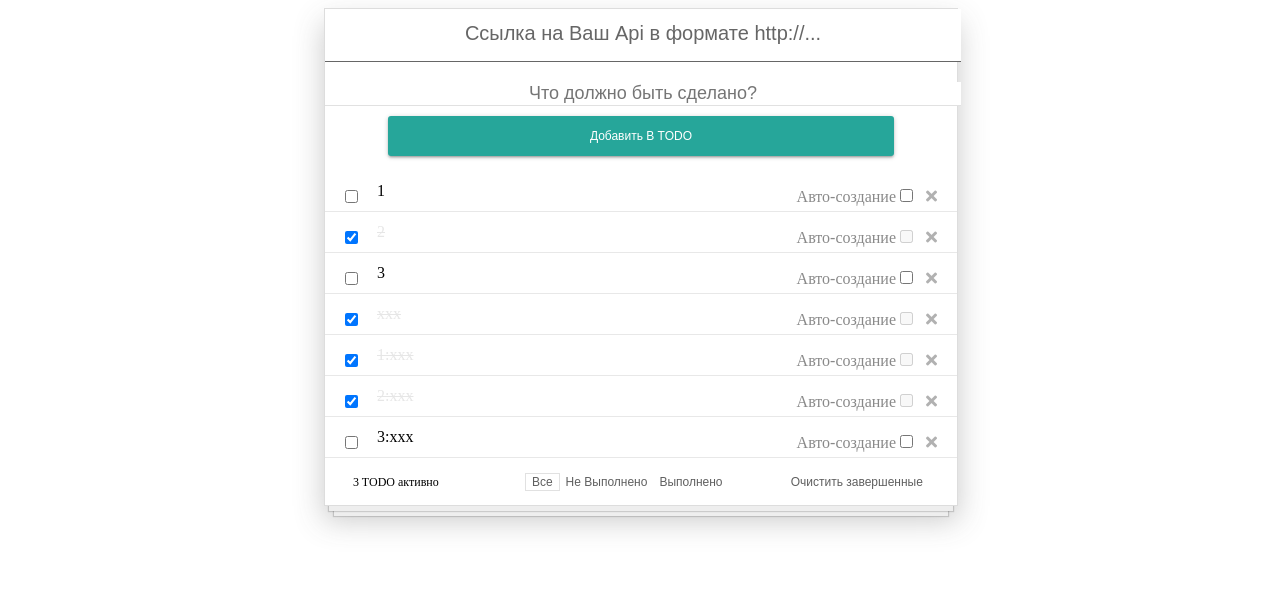
Repository: AntonBrock/taskTodo_for-backend
Page: /
These files come from the project's save history. The page is drawn as it stood at one moment and after the next save; the edit follows.
The browser window is 1280 px wide. The pictures show the whole page.
The page's requests for data from a server got no answer. Some web libraries are served in a nearby version. The project was rebuilt for these pictures with package versions that can differ from the ones it lists, and the page was loaded fresh each time. No one was signed in, and anything a server would have sent is missing.

Above is the page before, as saved 2019-04-24 16:52:16.

### public/index.html
<!DOCTYPE html>
<html lang="en">
  <head>
    <meta charset="utf-8">
    <meta http-equiv="X-UA-Compatible" content="IE=edge">
    <meta name="viewport" content="width=device-width,initial-scale=1.0">
    <link rel="stylesheet" href="https://use.fontawesome.com/releases/v5.8.1/css/all.css" integrity="sha384-50oBUHEmvpQ+1lW4y57PTFmhCaXp0ML5d60M1M7uH2+nqUivzIebhndOJK28anvf" crossorigin="anonymous">
    <link rel="icon" href="<%= BASE_URL %>favicon.ico">
    <title>todolist-vue</title>
  </head>
  <body>
    <noscript>
      <strong>We're sorry but todolist-vue doesn't work properly without JavaScript enabled. Please enable it to continue.</strong>
    </noscript>
    <div id="app"></div>
    <!-- built files will be auto injected -->
  </body>
</html>

### src/main.js
import Vue from 'vue'
import store from './store/index'
import Vuex from 'vuex'
import App from './App.vue'

Vue.config.productionTip = false

Vue.use(Vuex)

new Vue({
  store,
  render: h => h(App),
}).$mount('#app')

### src/store/index.js
import Vue from 'vue'
import Vuex from 'vuex'
import urlForm from '../views/todolist/_store'

Vue.use(Vuex)

export default new Vuex.Store({
    modules: {
        urlForm
    }
})

### src/App.vue
<template lang="pug">
  #app
    Todolist
</template>

<script>
import Todolist from './views/todolist/Index.vue'

export default {
  name: 'app',
  components: {
    Todolist
  }
}
</script>

<style lang="stylus">
</style>

### src/views/todolist/_store/index.js
import state from "./state";
import * as getters from "./getters";
import * as mutations from "./mutations";
import * as actions from "./actions";

export default {
  namespaced: true,
  state,
  getters,
  mutations,
  actions
};

### src/views/todolist/Index.vue
<template lang="pug">
  .main-container(v-cloak)
    ApiForm
    div
      input.todo-input(type='text', placeholder='Что должно быть сделано?', v-model='firstTodo',  @keyup.enter='newTodo')
      button.btn(v-on:click='addNewTodo') Добавить В TODO

      Todo(v-for='(todo, index) in todosFiltered', :key='todo.id', :todo="todo" :index='index')

      .extra-container
        .extra-container_numInList {{ remaining }} TODO активно
        div
          button(v-bind:class="{ active: filter == 'all' }", v-on:click=" filter = 'all'") Все
          button(v-bind:class="{ active: filter == 'active' }", v-on:click=" filter = 'active'") Не Выполнено
          button(v-bind:class="{ active: filter == 'completed' }", v-on:click=" filter = 'completed'") Выполнено
        button(@click='filterTodoList') Очистить завершенные
</template>

<script>
import ApiForm from "./_components/ApiForm.vue"
import Todo from "./_components/Todo.vue"
import { mapActions, mapGetters } from "vuex"
import todoApi from "./_api/todoApi.js"

export default {
  data () {
    return {
      firstTodo: '',
      beforeEditCache: '',
      filter: 'all',
      error: false
    }
  },
  mounted(){
    // Отправка при включении TODO + сразу отправка всех активных TODO
    todoApi.getTodos('all')
    .then(response => {
      this.todos = response.data
      console.log(response);
    })
    .catch(error => {
      console.log(error);
    })
  },
  computed: {
    ...mapGetters({
      getTodos: 'urlForm/getTodos'
    }),
    remaining() {
      return this.getTodos.filter(todo => !todo.completed).length
    },
    todosFiltered() {
      if (this.filter == 'all') {
        // Отправка при выборе фильтра "Все" (Активные)
        todoApi.getTodos('all')
        .then(done => {
          console.log(done)
        })
        .catch( error => {
          console.log(error)
        })
        console.log(this.getTodos);
          return this.getTodos
      } else if (this.filter == 'active') {
        console.log(this.getTodos);
          return this.getTodos.filter(todo => !todo.completed)
      } else if (this.filter == 'completed') {
        todoApi.getTodos('completed')
        .then(done => {
          console.log(done)
        })
        .catch( error => {
          console.log(error)
        })
        console.log(this.getTodos);
          return this.getTodos.filter(todo => todo.completed)
      }
    }
  },
  methods: {
    ...mapActions({
      filterTodoList: 'urlForm/filterTodoList'
    }),
    addNewTodo() {
      let data = {
        id: this.idForTodo,
        title: this.firstTodo,
        completed: false,
      }
      if(this.firstTodo.trim().length == 0) {
        return
      }
      // отправка при добавлении нового TODO
      todoApi.postTodo(data)
      .then(() => {
        console.log('ok');
        this.getTodos.push(data)
      })
      .catch(error => {
        console.log('Ошибка при запросе на Ваш сервер')
        this.getTodos.push(data)
      })

      this.firstTodo = ''
      this.idForTodo++
    },
    newTodo() {
        let data = {
        id: this.idForTodo,
        title: this.firstTodo,
        completed: false,
      }
      if(this.firstTodo.trim().length == 0) {
        return
      }
      // отправка при добавлении нового TODO
      todoApi.postTodo(data)
      .then(() => {
        console.log('ok');
        this.getTodos.push(data)
      })
      .catch(error => {
        console.log('Сервер не ответил')
        this.getTodos.push(data)
      })

      this.firstTodo = ''
      this.idForTodo++
    }
  },
  components: {
    ApiForm,
    Todo
  }
}
</script>

<style lang="stylus">
  [v-cloak]
    display none

  .main-container
    border 1px solid #DDDDDD
    width 50%
    margin-left 25%
    box-shadow 0 10px 0 -5px #eee,
               0 10px 1px -4px rgba(0,0,0,0.15),
               0 20px 0 -10px rgb(238, 238, 238),
               0 20px 1px -9px rgba(0,0,0,0.15),
               0 14px 28px rgba(75, 75, 75, 0.30)

  .extra-container
    display flex
    align-items center
    justify-content space-around
    font-size 12px
    padding-top 5px
    margin-bottom 14px

  .extra-container_numInList
    margin-right 30px
    font-size 12px

  button
    font-size 12px
    background-color white
    appearance none
    border none
    outline none
    color rgb(95, 95, 95)
    &:hover
      background rgba(211, 211, 211, 0.363)
    &:focus
      outline none

  .active
    background #fff
    border 1px solid #E1E1E1

  .remove-item
    margin-right 20px

  .remove
    margin-left: 10px
    opacity .3
    transition all 0.2s ease-in-out !important
    &:hover
      opacity .9
      color#E11010
      transition all 0.2s ease-in-out !important

  .auto_created
    font-size 1rem
    color rgba(102, 102, 102, 0.767)

  .btn
    border-radius 3px
    margin-bottom 25px
    width 80%
    margin-left 10%
    height 40px
    color #fff
    background-color #26a69a
    text-align center
    letter-spacing .5px
      -webkit-transition background-color .2s ease-out
    transition background-color .2s ease-out
    cursor pointer
    box-shadow 0 2px 2px 0 rgba(0,0,0,.14),
               0 3px 1px -2px rgba(0,0,0,.12),
               0 1px 5px 0 rgba(0,0,0,.2)
    &:hover
      background-color #46b6abe3!important
</style>

### src/views/todolist/_store/state.js
export default {
    url: '',
    todos: [
    {
      'id': 1,
      'title': 1,
      'completed': false,
      'editing': false,
      'check': false,
    },
    {
      'id': 2,
      'title': 2,
      'completed': true,
      'editing': false,
      'check': false,
    },
    {
      'id': 3,
      'title': 3,
      'completed': false,
      'editing': false,
      'check': false,
    },
    {
      'id': 4,
      'title': 'xxx',
      'completed': true,
      'editing': false,
      'check': false,
    },
    {
      'id': 5,
      'title': '1:xxx',
      'completed': true,
      'editing': false,
      'check': false,
    },
    {
      'id': 6,
      'title': '2:xxx',
      'completed': true,
      'editing': false,
      'check': false,
    },
    {
      'id': 7,
      'title': '3:xxx',
      'completed': false,
      'editing': false,
      'check': false,
    },
  ]
}

### src/views/todolist/_store/getters.js
export const getUrl= state => state.url;
export const getTodos = state => state.todos;

### src/views/todolist/_store/mutations.js
export const UPDATE_URL = state => state.url;
export const UPDATE_TODOS = state => state.todos;
export const CHANGE_TODOS = state => state.todos;

### src/views/todolist/_store/actions.js
export function updateUrl ({ commit, state }, payload) {
    state.url = payload
    commit("UPDATE_URL");
}

export function updateTodo ({ commit }, payload) {
    payload.completed = !payload.completed
    commit("UPDATE_TODOS");
}

export function updateTodoList ({ commit, state }, payload) {
    state.todos = payload
    commit("UPDATE_TODOS");
}

export function filterTodoList ({ commit, state }) {
    state.todos = state.todos.filter(todo => !todo.completed)
    commit("UPDATE_TODOS");
}

### src/views/todolist/_components/ApiForm.vue
<template lang="pug">
  .form(v-cloak='')
    input.inputForUrl(v-model='url',
                      type='text',
                      @blur='updateTodos(url)',
                      placeholder="Ссылка на Ваш Api в формате http://...")
</template>

<script>
import { mapActions, mapGetters } from "vuex";
import todoApi from "../_api/todoApi.js";

export default {
  data() {
    return {
      url: "",
      filter: 'all'
    }
  },
  computed: {
    ...mapGetters({
      getUrl: "urlForm/getUrl"
    })
  },
  methods: {
    ...mapActions({
      updateUrl: "urlForm/updateUrl",
      updateTodoList: "urlForm/updateTodoList"
    }),
    updateTodos(url) {
       //получение всех todo при обновлении url ссылки
      this.updateUrl(url);
      todoApi.getTodos(this.filter)
      .then(response => {
        this.updateTodoList(response.data)
          console.log(response);
      })
      .catch(error => {
          console.log(error)
      });
      console.log('Был установлен ваш Url')
    }
  }
};
</script>

<style lang="stylus">
.inputForUrl
  border-bottom 1px solid #666!important
  margin-bottom 20px
  text-align center
  border none
  width 100%
  height 50px
  &::placeholder
    color #666
    font-size 20px
    opacity 1
    transition: 0.2s ease-in-out !important;
		will-change: transform, opacity;

  &:focus::placeholder{
    opacity 0
    transition: 0.2s ease-in-out !important;
		will-change: transform, opacity;
  }
</style>

### src/views/todolist/_components/Todo.vue
<template lang="pug">
  .todo-item
    .todo-item-left
      input.todoInput(type='checkbox', @click='completeTodo(todo)', :checked='todo.completed')
      .todo-item-label(v-if='!todo.editing', v-bind:class='{ completed : todo.completed }') {{ todo.title }}
    .remove-item
      label.auto_created Авто-создание
      input(type='checkbox', :disabled="todo.completed", @click='checkIt(todo)')
      i.fas.fa-times.remove(@click='removeItem(index)')
</template>

<script>
import todoApi from "../_api/todoApi.js"
import { mapActions, mapGetters } from "vuex"
import { setInterval, clearInterval } from 'timers';

export default {
  data() {
    return {
      simple: ''
    }
  },
  props: [
    'todo',
    'index'
  ],
   computed: {
    ...mapGetters({
      getTodos: 'urlForm/getTodos'
    }),
  },
  methods: {
    ...mapActions({
      updateTodo: 'urlForm/updateTodo',

    }),
    completeTodo(todo) {
      // Отправка при выборе фильтра "Выполнено"
      todoApi.editTodo(todo.id)
      .then(() => {
        console.log('Удачно')
      })
      .catch(() => {
        console.log('Ошибка при завершении записи')
      })
      this.updateTodo(todo)
    },
    checkIt(todo) {
      todo.check = !todo.check

      if(todo.check) {
        this.simple = setInterval(this.setTime, 5000) //каждые 5 сек. запрос, при активной галочке "Авто-создание"
      } else if (!todo.check) {
        clearInterval(this.simple)
      }
    },
    setTime(){
      todoApi.editTodo(this.todo.id)
      .then(() => {
          console.log('Удачно')
      })
      .catch(() => {
          console.log('Ошибка обновления записи');
      })
    },
    removeItem(index) {
      // отправка удаленного id - todo
      todoApi.deleteTodo(index)
      .then(() => {
        console.log('Удачно');
      })
      .catch( error => {
        console.log(error)
      })
      this.getTodos.splice(index, 1)
    }
  }
}
</script>

<style lang="stylus">
  .todo-input
    width 100%
    border none
    margin-bottom 10px
    border-bottom 1px solid rgba(102, 102, 102, 0.192)
    font-size 18px
    transition 0.2s ease-in-out !important
    text-align center
    &:placeholder
      color rgba(145, 145, 145, 0.795)
      opacity 1
    &:focus
      outline none
    &:focus-webkit-input-placeholder
      opacity 0
      transition 0.2s ease-in-out !important
      will-change transform, opacity
    &:-webkit-input-placeholder
      transition 0.2s ease-in-out !important
      will-change transform, opacity
    &:-moz-placeholder
      transition all 0.2s ease-in-out !important
      will-change opacity
      /* Firefox 19+ */
    &:-moz-placeholder
      transition all 0.2s ease-in-out !important
      will-change transform, opacity
      /* Firefox 18- */
    &:-ms-input-placeholder
      transition all 0.2s ease-in-out !important
      will-change transform, opacity

  .todo-item
    width 100%
    margin-bottom 10px
    display flex
    justify-content space-between
    align-items center
    border-bottom 1px solid rgba(226, 226, 226, 0.767)

  .todoInput
    margin-left 20px

  .todo-item-label
    margin-bottom 10px

  .todo-item-left
    display flex
    align-items center

  .todo-item-label
    padding 0px
    border 1px solid white
    margin-left 15px

  .todo-item-edit
    width 50%
    border 1px solid rgba(102, 102, 102, 0.192)
    font-size 18px
    padding 10px 18px
    margin-bottom 20px
    transition 0.2s ease-in-out !important
    &:focus
      outline none
    &:focus-webkit-input-placeholder
      opacity 0
      transition 0.2s ease-in-out !important
      will-change transform, opacity
    &:-webkit-input-placeholder
      transition 0.2s ease-in-out !important
      will-change transform, opacity
    &:-moz-placeholder
      transition all 0.2s ease-in-out !important
      will-change transform, opacity
      /* Firefox 19+ */
    &:-moz-placeholder
      transition all 0.2s ease-in-out !important
      will-change transform, opacity
      /* Firefox 18- */
    &:-ms-input-placeholder
      transition all 0.2s ease-in-out !important
      will-change transform, opacity

  .completed
    text-decoration line-through
    color #E1E1E1
    opacity .8
</style>

### src/views/todolist/_api/todoApi.js
// import Api from '@/api/Api'
import axios from 'axios'
import state from '../_store/state'

const todoApi = {
  getTodos (filter) {
    return axios.get(`${state.url}/todos`, {
      // возвращает отфильтрованный или неотфильтрованный список
      type: filter
    })
  },
  postTodo (data) {
    return axios.post(`${state.url}/todos`, {
      data
    })
  },
  editTodo (id) {
    return axios.patch(`${state.url}/todos/${id}`)
  },
  deleteTodo (id) {
    return axios.delete(`${state.url}/todos/${id}`)
  }
}
export default todoApi

After the next save:
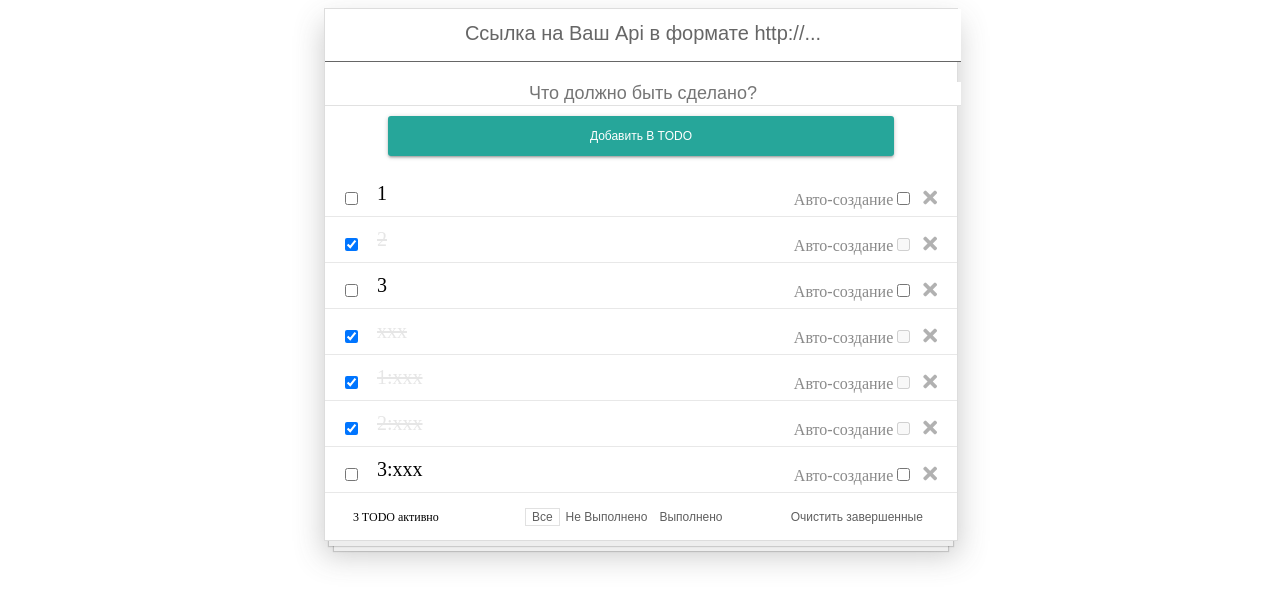
Saved 102 s later.
--- a/src/views/todolist/_components/Todo.vue
+++ b/src/views/todolist/_components/Todo.vue
@@ -118,6 +118,7 @@
     justify-content space-between
     align-items center
     border-bottom 1px solid rgba(226, 226, 226, 0.767)
+    font-size 20px
 
   .todoInput
     margin-left 20px

After the save that followed:
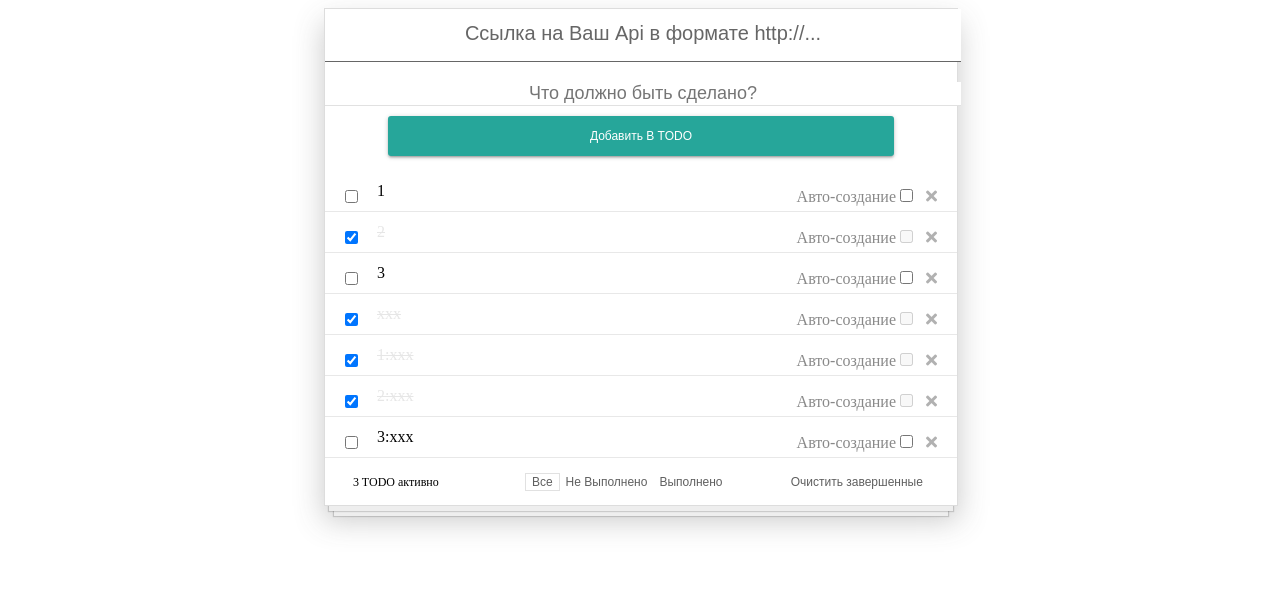
Saved 72 s later.
--- a/src/views/todolist/_components/Todo.vue
+++ b/src/views/todolist/_components/Todo.vue
@@ -118,7 +118,6 @@
     justify-content space-between
     align-items center
     border-bottom 1px solid rgba(226, 226, 226, 0.767)
-    font-size 20px
 
   .todoInput
     margin-left 20px
